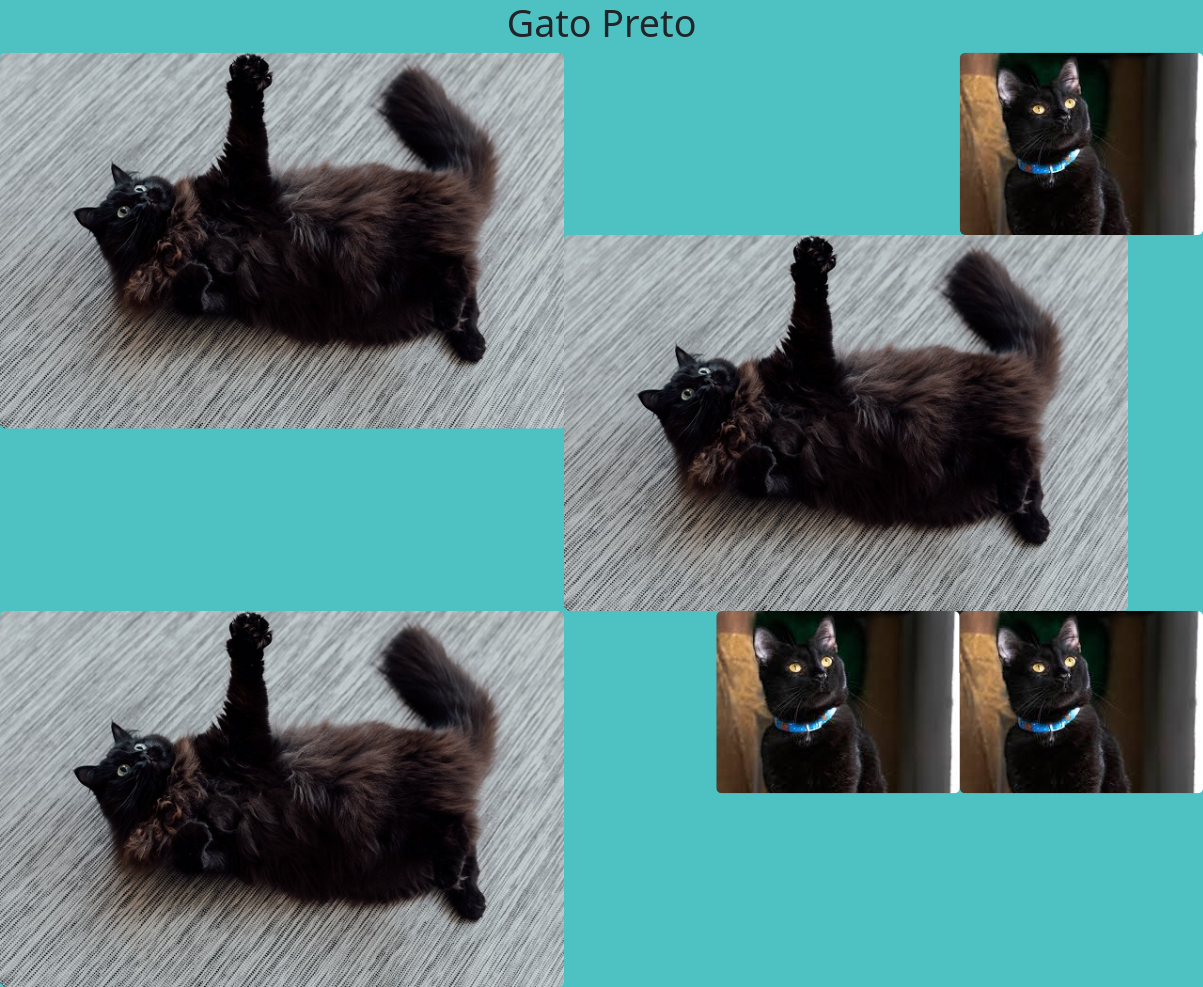
Repository: SktYzu/gatitu
Page: index.html
The author's editor kept a copy of each file at every save. The page is drawn from the files as they stood at one save, then again after the next save.
The browser window is 1280 px wide. The pictures show the whole page, at 94% of full size.

Above is the page before, as saved 2023-11-27 15:25:00.

### index.html
<!DOCTYPE html>
<html lang="pt-BR">

<head>
    <meta charset="UTF-8">
    <meta name="viewport" content="width=device-width, initial-scale=1.0">
    <link rel="stylesheet" href="https://cdn.jsdelivr.net/npm/bootstrap@5.3.2/dist/css/bootstrap.min.css">
    <script src="https://cdn.jsdelivr.net/npm/bootstrap@5.3.2/dist/js/bootstrap.bundle.min.js"
        integrity="sha384-C6RzsynM9kWDrMNeT87bh95OGNyZPhcTNXj1NW7RuBCsyN/o0jlpcV8Qyq46cDfL"
        crossorigin="anonymous"></script>
    <title>Teste</title>
    <style>
        body {
            background-image: url('cat.jpg');
            background-size: cover;
        }
    </style>
</head>

<body>

    <h1 class="container text-center">Gato Preto</h1>
    <img src="1.jpg" class="rounded float-start" alt="...">
    <img src="2.jpg" class="rounded float-end" alt="...">
    <img src="1.jpg" class="rounded float-start" alt="...">
    <img src="2.jpg" class="rounded float-end" alt="...">
    <img src="1.jpg" class="rounded float-start" alt="...">
    <img src="2.jpg" class="rounded float-end" alt="...">

</body>

</html>

After the next save:
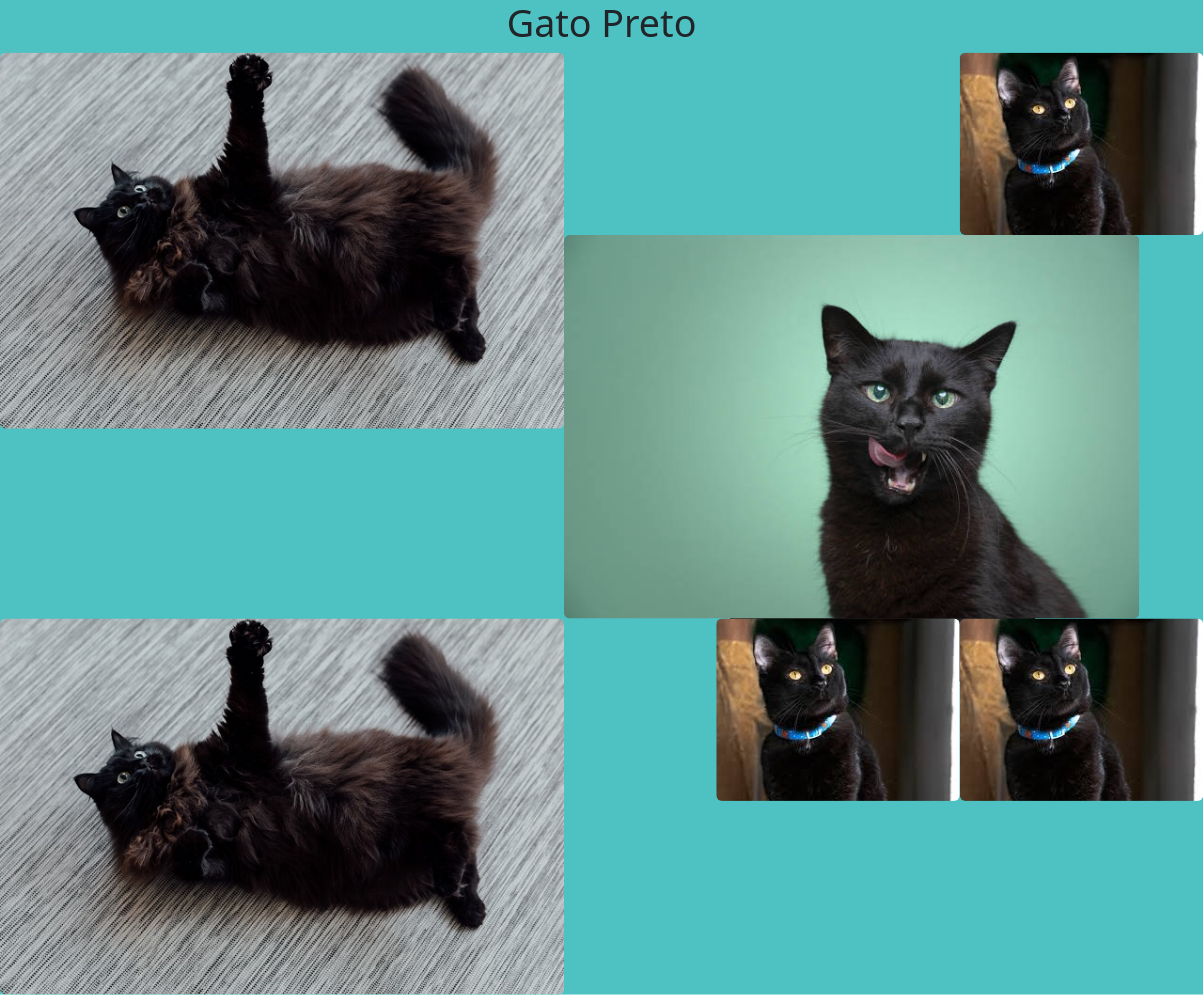
Saved 4 s later.
--- a/index.html
+++ b/index.html
@@ -22,7 +22,7 @@
     <h1 class="container text-center">Gato Preto</h1>
     <img src="1.jpg" class="rounded float-start" alt="...">
     <img src="2.jpg" class="rounded float-end" alt="...">
-    <img src="1.jpg" class="rounded float-start" alt="...">
+    <img src="3.jpg" class="rounded float-start" alt="...">
     <img src="2.jpg" class="rounded float-end" alt="...">
     <img src="1.jpg" class="rounded float-start" alt="...">
     <img src="2.jpg" class="rounded float-end" alt="...">
